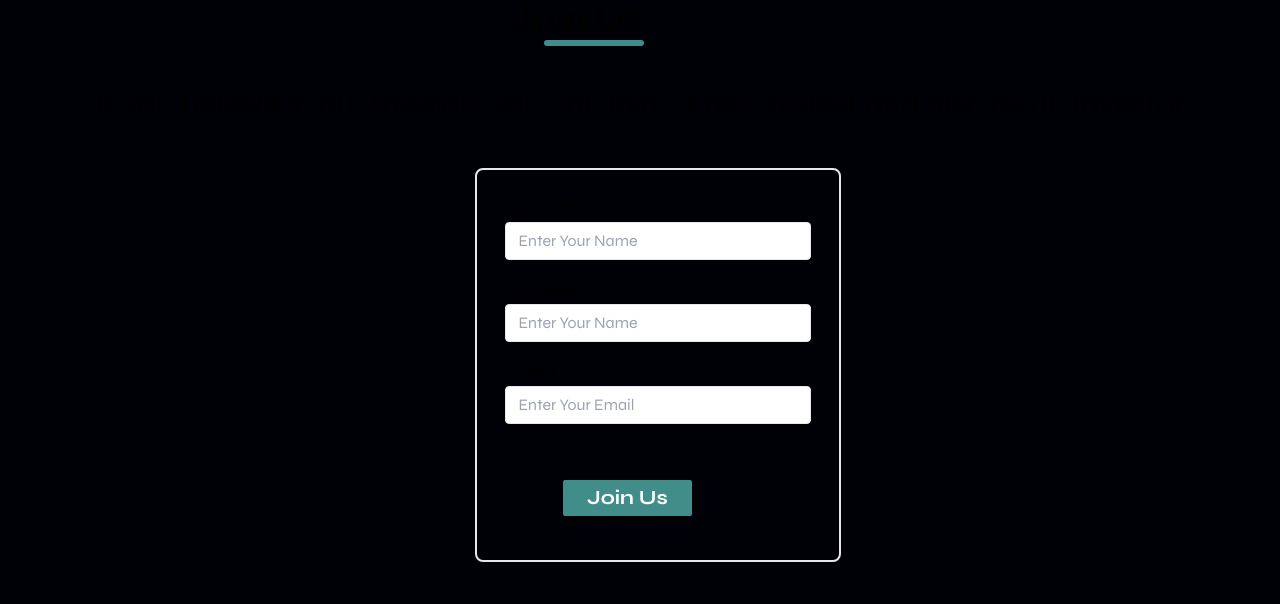
Repository: EngrAhmadUmar/landing-page
Page: /register
These files come from the project's save history. The page is drawn as it stood at one moment and after the next save; the edit follows.
The browser window is 1280 px wide. The pictures show the whole page.
The project was rebuilt for these pictures with package versions that can differ from the ones it lists, and the page was loaded fresh each time. The framework's server and built-in components were replaced by stand-ins that run in the browser. Also part of the build but not shown: next.config.js, src/Components/ApplyPageComponents/ApplyForm.jsx, src/Components/ApplyPageComponents/LoginForm.jsx.

Above is the page before, as saved 2022-07-06 10:38:06.

After the next save:
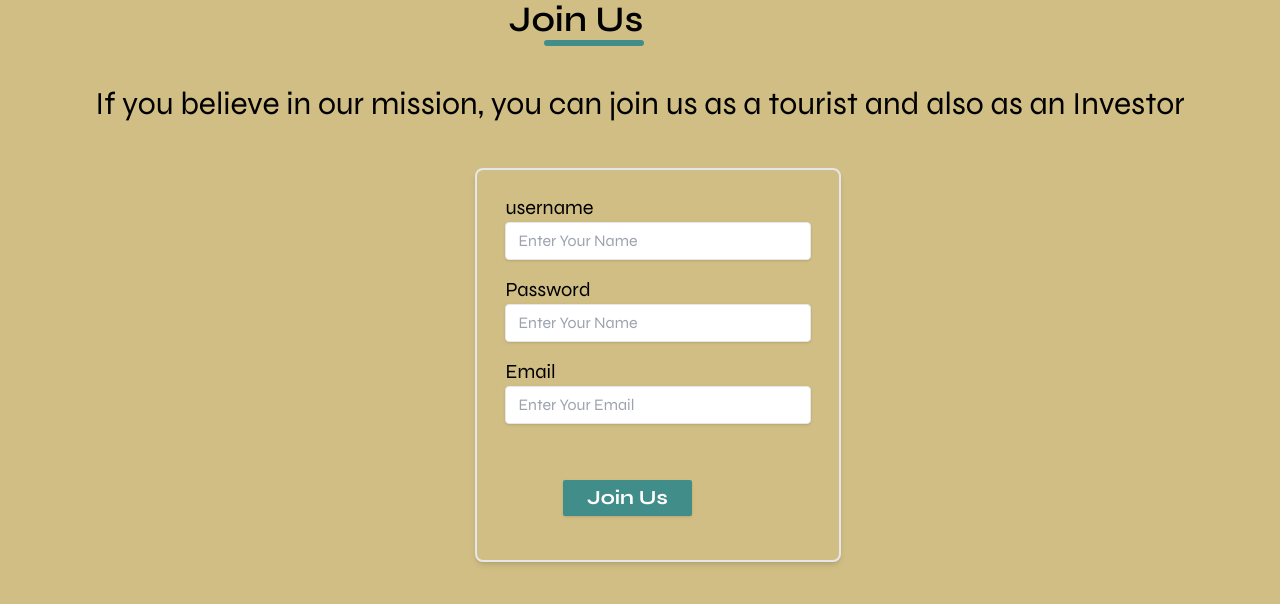
Saved 20 s later.
--- a/pages/register.js
+++ b/pages/register.js
@@ -1,12 +1,10 @@
 import React from "react";
-import {
-  RegisterForm,
-} from "../src/Components/ApplyPageComponents/Index";
+import { RegisterForm } from "../src/Components/ApplyPageComponents/Index";
 
 export default function Login() {
   return (
     <React.Fragment>
-      <div className="bg-[#000107] font-syne h-[100vh]">
+      <div className="bg-[#d1be84] font-syne h-[100vh]">
         <RegisterForm />
       </div>
     </React.Fragment>
